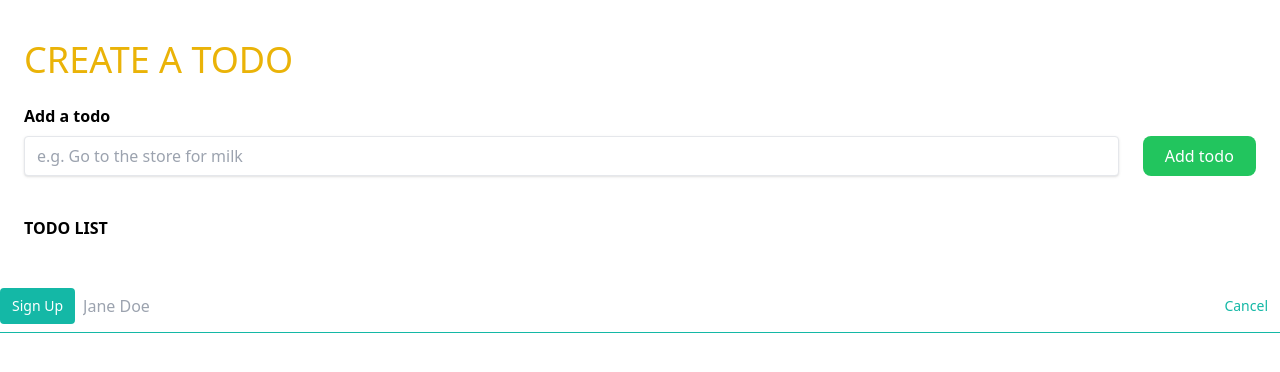
Repository: Kajo-lab/vue-todo
Page: /
An editor plug-in stored every save of this project. The page is shown before and after a run of saves, followed by the edit.
The browser window is 1280 px wide. The pictures show the whole page.
The project was rebuilt for these pictures with package versions that can differ from the ones it lists, and the page was loaded fresh each time. Also part of the build but not shown: vite.config.js, webpack.config.js.

Above is the page before, as saved 2022-07-07 18:12:38.

After the next 2 saves:
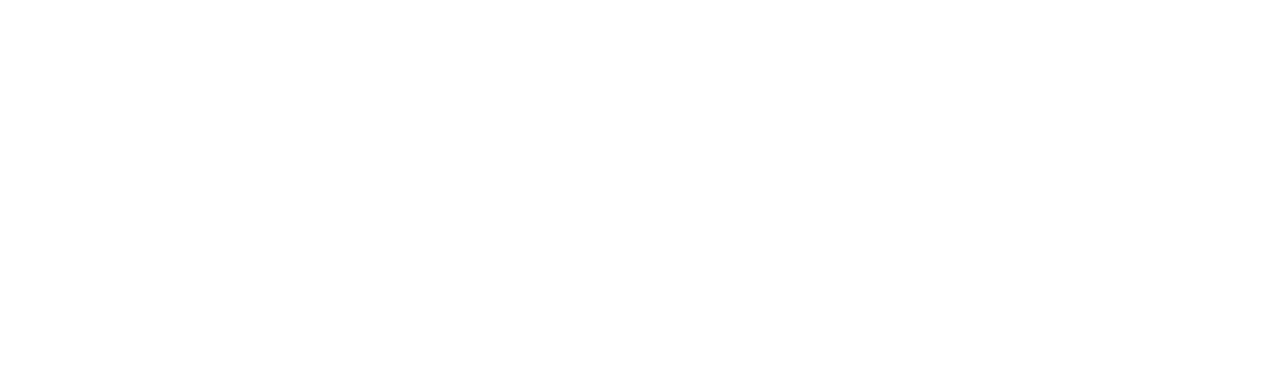
Console error: TypeError: Cannot read properties of undefined (reading 'done')
The 2 saves are shown as one change because they came seconds apart.
The last was saved 12 s later.
--- a/src/App.vue
+++ b/src/App.vue
@@ -94,7 +94,7 @@
 
   <div class="flex items-center border-b border-teal-500 py-2">
 	<button class="flex-shrink-0 bg-teal-500 hover:bg-teal-700 border-teal-500 hover:border-teal-700 text-sm border-4 text-white py-1 px-2 rounded" type="button">
-      Sign Up
+      							<input type="checkbox" v-model="todo.done" />
     </button>
 
     <input class="appearance-none bg-transparent border-none w-full text-gray-700 mr-3 py-1 px-2 leading-tight focus:outline-none" type="text" placeholder="Jane Doe" aria-label="Full name">

After the 5 saves that followed:
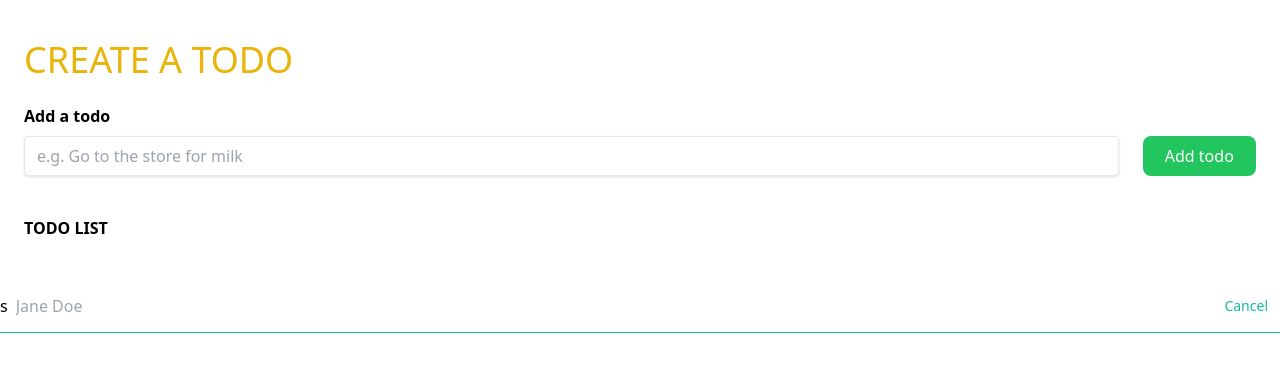
The error is gone.
The 5 saves are shown as one change because 3 left the picture as it was and some came seconds apart.
The last was saved 57 s later.
--- a/src/App.vue
+++ b/src/App.vue
@@ -93,9 +93,7 @@
 
 
   <div class="flex items-center border-b border-teal-500 py-2">
-	<button class="flex-shrink-0 bg-teal-500 hover:bg-teal-700 border-teal-500 hover:border-teal-700 text-sm border-4 text-white py-1 px-2 rounded" type="button">
-      							<input type="checkbox" v-model="todo.done" />
-    </button>
+s
 
     <input class="appearance-none bg-transparent border-none w-full text-gray-700 mr-3 py-1 px-2 leading-tight focus:outline-none" type="text" placeholder="Jane Doe" aria-label="Full name">
 
